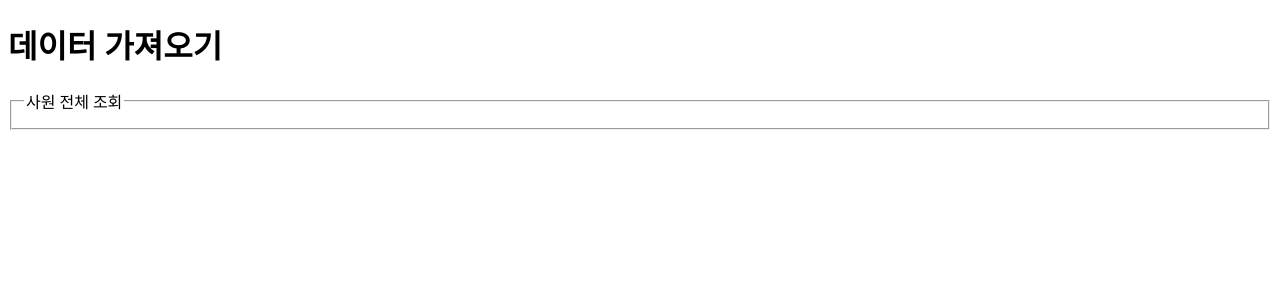
Repository: lafayetteey/WorkSpace
Page: workspace_jq_Ajax/UI_JQ_Ajax/WebContent/jq22_ajax.html
These files come from the project's save history. The page is drawn as it stood at one moment and after the next save; the edit follows.
The browser window is 1280 px wide. The pictures show the whole page.

Above is the page before, as saved 2020-06-22 08:34:47.

After the next save:
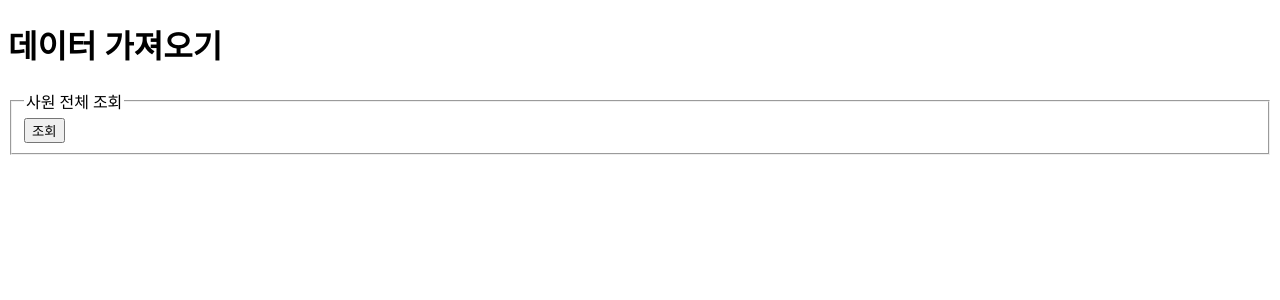
Saved 33 s later.
--- a/workspace_jq_Ajax/UI_JQ_Ajax/WebContent/jq22_ajax.html
+++ b/workspace_jq_Ajax/UI_JQ_Ajax/WebContent/jq22_ajax.html
@@ -8,7 +8,7 @@
 	<h1>데이터 가져오기</h1>
 	<fieldset>
 		<legend>사원 전체 조회</legend>
-
+		<input type="button"  value="조회" id="emp_search">
 	</fieldset>
 </body>
 </html>
